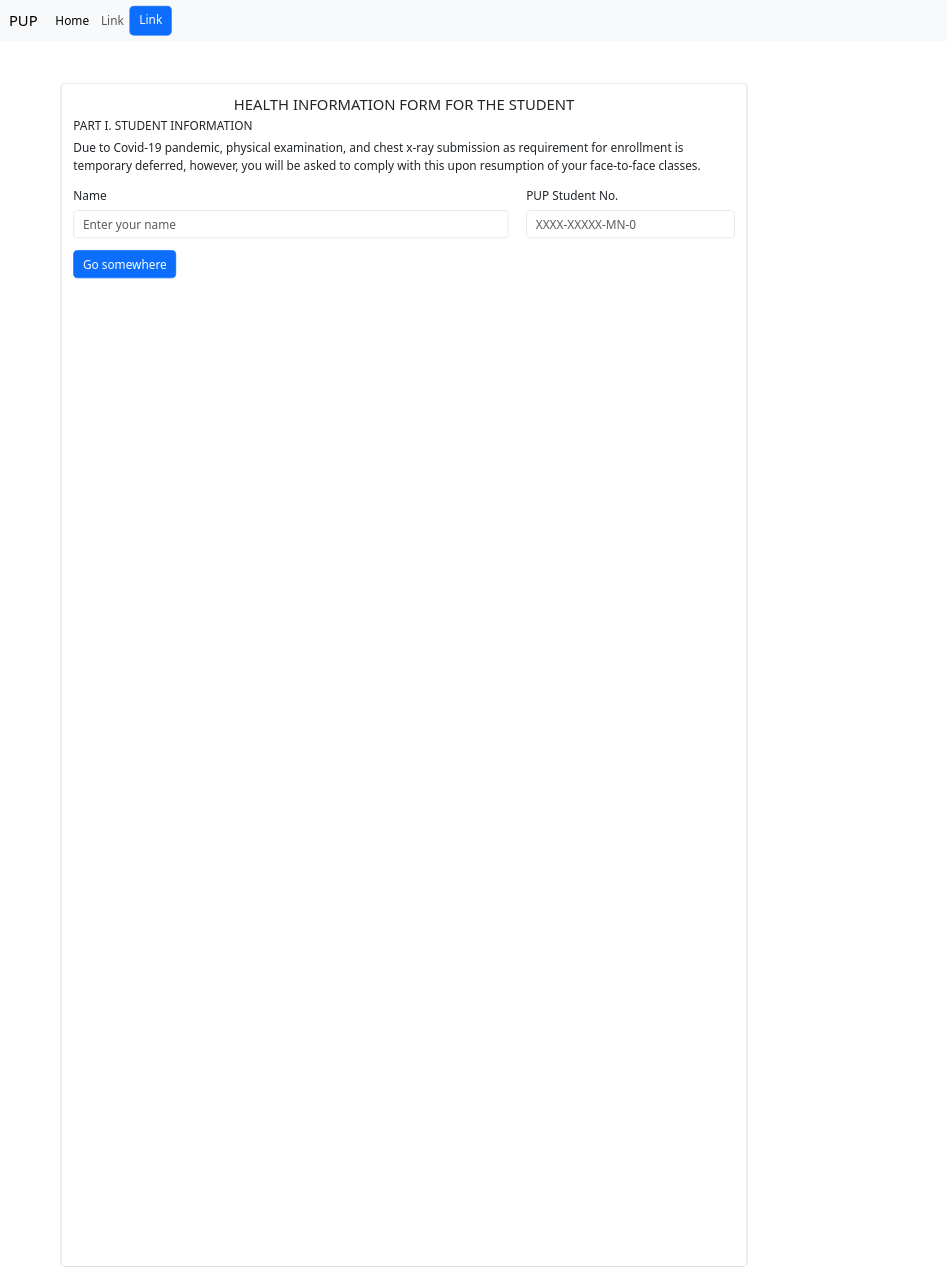
Repository: Nicktacku/webdev
Page: form.html
The author's editor kept a copy of each file at every save. The page is drawn from the files as they stood at one save, then again after the next save.
The browser window is 1280 px wide. The pictures show the whole page, at 74% of full size.

Above is the page before, as saved 2024-07-15 16:55:58.

### form.html
<!DOCTYPE html>
<html lang="en">
  <head>
    <meta charset="UTF-8" />
    <meta name="viewport" content="width=device-width, initial-scale=1.0" />
    <title>Document</title>
    <link
      href="https://cdn.jsdelivr.net/npm/bootstrap@5.3.3/dist/css/bootstrap.min.css"
      rel="stylesheet"
      integrity="sha384-QWTKZyjpPEjISv5WaRU9OFeRpok6YctnYmDr5pNlyT2bRjXh0JMhjY6hW+ALEwIH"
      crossorigin="anonymous"
    />
  </head>
  <body>
    <!-- Navbar -->
    <nav class="navbar navbar-expand-lg bg-body-tertiary">
        <div class="container-fluid">
          <a class="navbar-brand" href="#">PUP</a>
          <button
            class="navbar-toggler"
            type="button"
            data-bs-toggle="collapse"
            data-bs-target="#navbarSupportedContent"
            aria-controls="navbarSupportedContent"
            aria-expanded="false"
            aria-label="Toggle navigation"
          >
            <span class="navbar-toggler-icon"></span>
          </button>
          <div class="collapse navbar-collapse" id="navbarSupportedContent">
            <ul class="navbar-nav me-auto mb-2 mb-lg-0">
              <li class="nav-item">
                <a class="nav-link active" aria-current="page" href="#">Home</a>
              </li>
              <li class="nav-item">
                <a class="nav-link" href="#">Link</a>
              </li>

              <a class="btn btn-primary" href="form.html" role="button">Link</a>
          </div>
        </div>
      </nav>

    <div
      class="container mt-2 pt-5"
    >

    <!-- Section 1 -->
    <div class="card" style="width: 58rem; height: 100rem">

        <div class="card-body">
          <h5 class="card-title d-flex justify-content-center">HEALTH INFORMATION FORM FOR THE STUDENT</h5>
          <h6 class="card-text">PART I. STUDENT INFORMATION</h6>
          <p class="card-text">Due to Covid-19 pandemic, physical examination, and chest x-ray submission as requirement for enrollment is
            temporary deferred, however, you will be asked to comply with this upon resumption of your face-to-face classes.</p>

            <div class="row">
                <div class="col-8">
                    <div class="mb-3">
                        <label for="name" class="form-label">Name</label>
                        <input type="text" class="form-control" id="name-input" placeholder="Enter your name">
                      </div>
                </div>
                <div class="col">
                    <div class="mb-3">
                        <label for="name" class="form-label">PUP Student No.</label>
                        <input type="text" class="form-control" id="name-input" placeholder="XXXX-XXXXX-MN-0">
                      </div>
                </div>
            </div>
          <a href="#" class="btn btn-primary">Go somewhere</a>
        </div>
      </div>


    <script
      src="https://cdn.jsdelivr.net/npm/bootstrap@5.3.3/dist/js/bootstrap.bundle.min.js"
      integrity="sha384-YvpcrYf0tY3lHB60NNkmXc5s9fDVZLESaAA55NDzOxhy9GkcIdslK1eN7N6jIeHz"
      crossorigin="anonymous"
    ></script>
  </body>
</html>

After the next save:
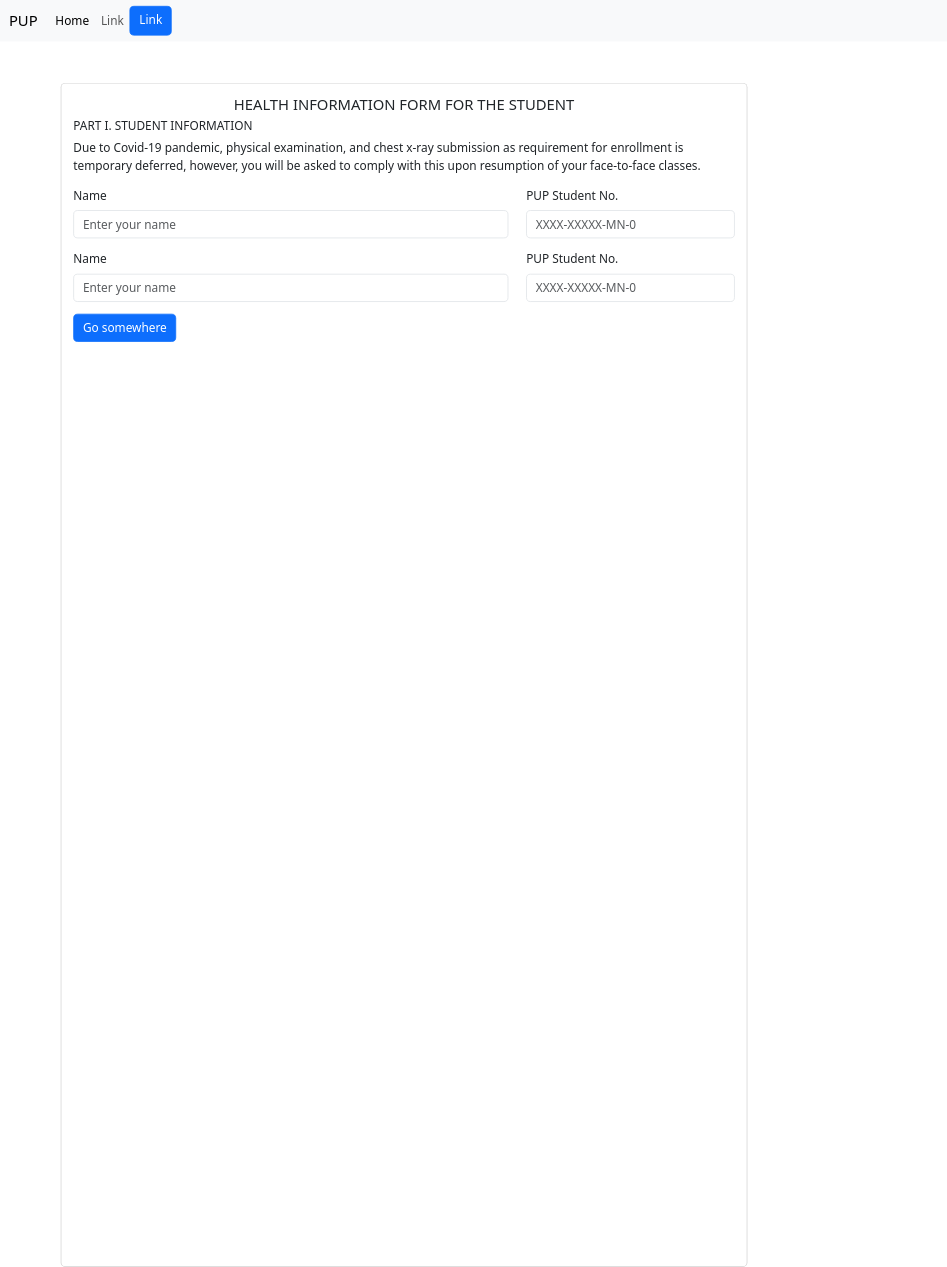
Saved 41 min 42 s later.
--- a/form.html
+++ b/form.html
@@ -68,6 +68,21 @@
                       </div>
                 </div>
             </div>
+
+            <div class="row">
+                <div class="col-8">
+                    <div class="mb-3">
+                        <label for="name" class="form-label">Name</label>
+                        <input type="text" class="form-control" id="name-input" placeholder="Enter your name">
+                      </div>
+                </div>
+                <div class="col">
+                    <div class="mb-3">
+                        <label for="name" class="form-label">PUP Student No.</label>
+                        <input type="text" class="form-control" id="name-input" placeholder="XXXX-XXXXX-MN-0">
+                      </div>
+                </div>
+            </div>
           <a href="#" class="btn btn-primary">Go somewhere</a>
         </div>
       </div>
